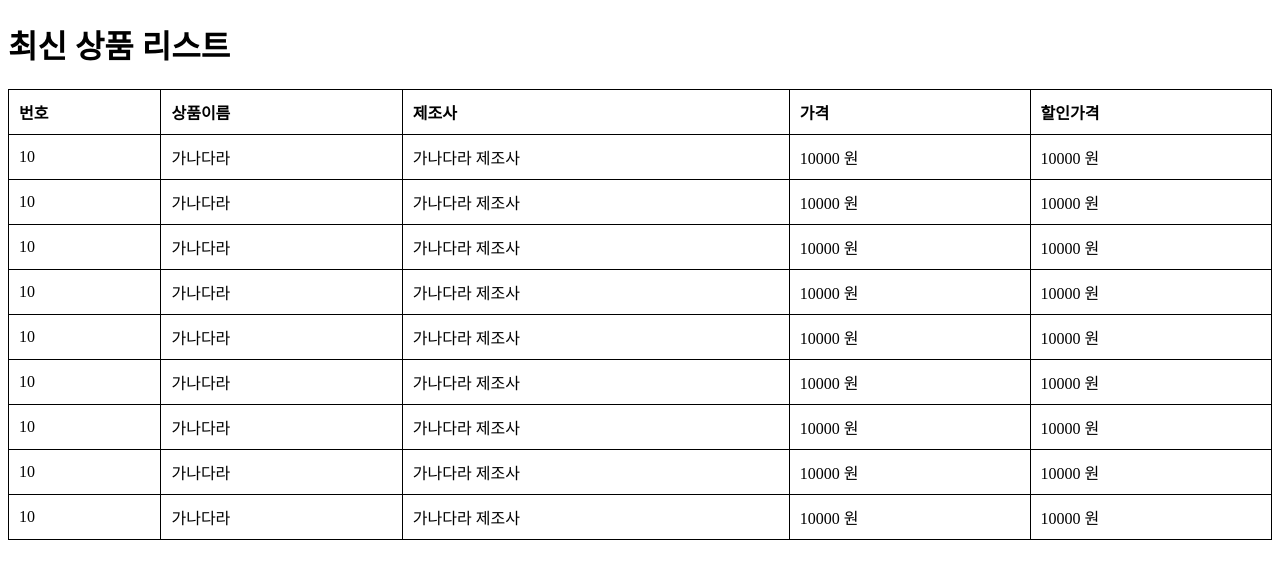
Repository: benpark0613/basic
Page: http://localhost/sample/product/list.jsp
An editor plug-in stored every save of this project. The page is shown before and after the next save, followed by the edit.
The browser window is 1280 px wide. The pictures show the whole page.
The page is served by Tomcat 9.

Above is the page before, as saved 2021-11-09 05:39:39.

After the next save:
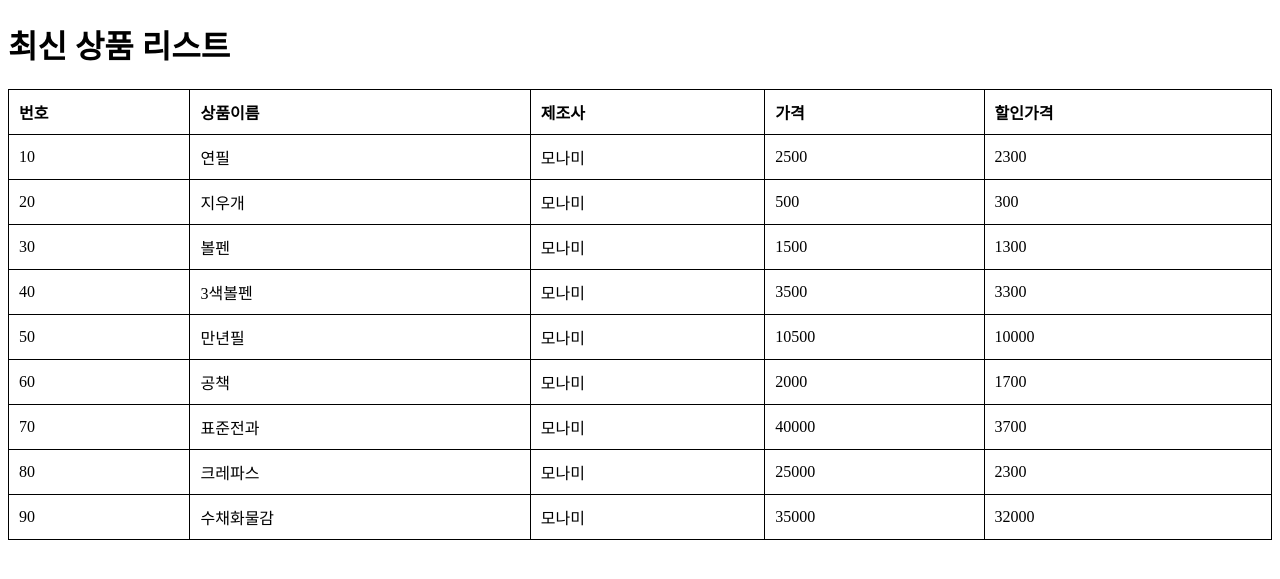
Saved 73 s later.
--- a/HR_app/sample/src/main/webapp/product/list.jsp
+++ b/HR_app/sample/src/main/webapp/product/list.jsp
@@ -50,11 +50,11 @@
 		for (Product product : productList) {
 	%>
 			<tr>
-				<td>10</td>
-				<td>가나다라</td>
-				<td>가나다라 제조사</td>
-				<td>10000 원</td>
-				<td>10000 원</td>
+				<td><%=product.getNo() %></td>
+				<td><%=product.getName() %></td>
+				<td><%=product.getMaker() %></td>
+				<td><%=product.getPrice() %></td>
+				<td><%=product.getDiscountPrice() %></td>
 			</tr>
 	<%
 		}
